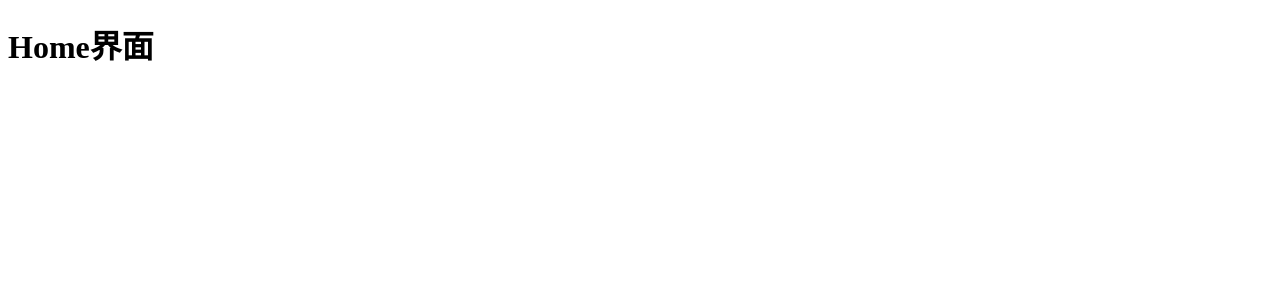
Repository: CDHFortune/Test
Page: demo1/WebContent/html/home.html
The author's editor kept a copy of each file at every save. The page is drawn from the files as they stood at one save, then again after the next save.
The browser window is 1280 px wide. The pictures show the whole page.

Above is the page before, as saved 2019-10-15 03:46:02.

### demo1/WebContent/html/home.html
<!DOCTYPE html>
<html>
	<head>
		<meta charset="utf-8">
		<title></title>
	</head>
	<body>
		<h1>Home界面</h1>
	</body>
</html>

After the next save:
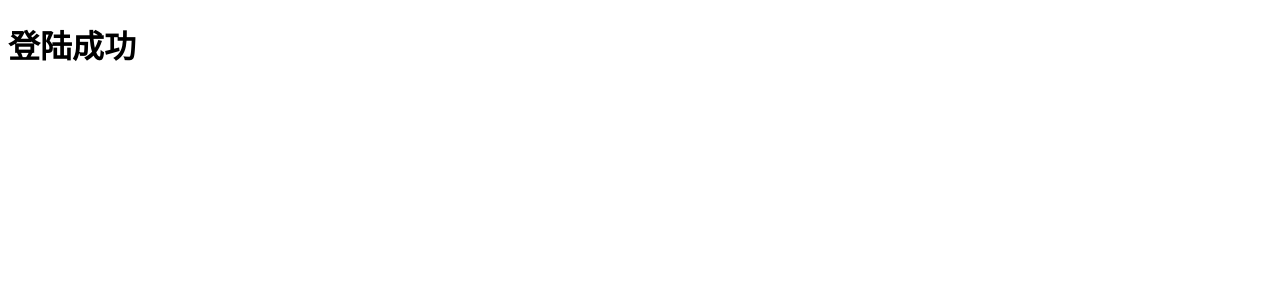
Saved 24 s later.
--- a/demo1/WebContent/html/home.html
+++ b/demo1/WebContent/html/home.html
@@ -5,6 +5,6 @@
 		<title></title>
 	</head>
 	<body>
-		<h1>Home界面</h1>
+		<h1>登陆成功</h1>
 	</body>
 </html>
